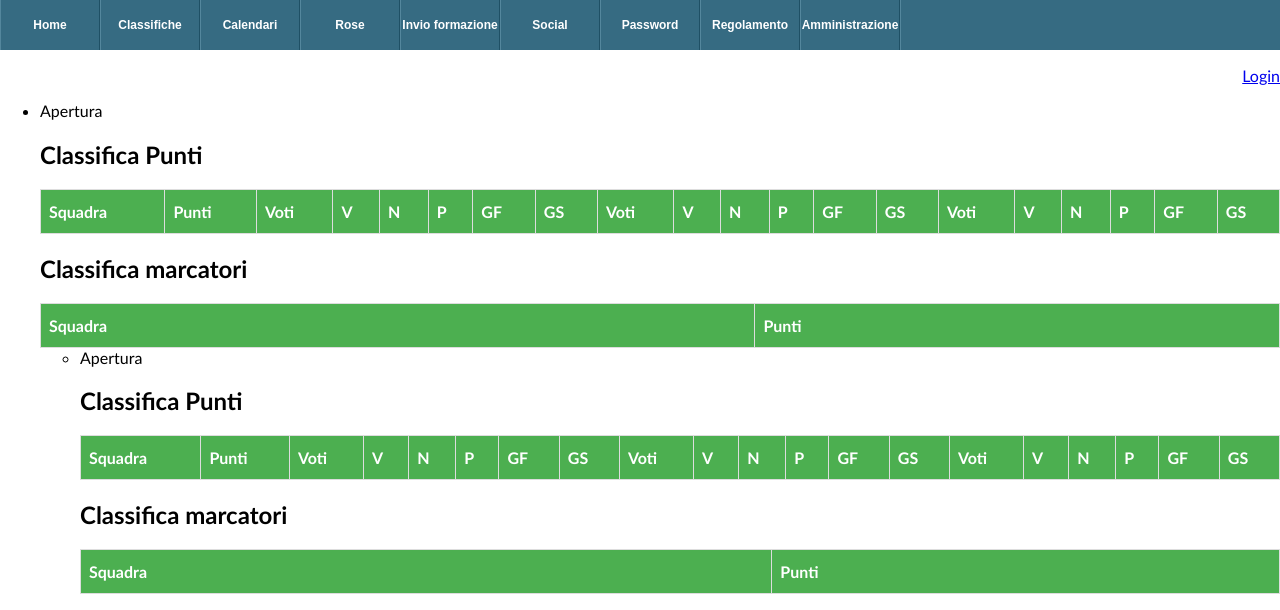
Repository: giuseppeaurilio/susyleague
Page: http://localhost/display_classifiche_peppe.php
An editor plug-in stored every save of this project. The page is shown before and after the next save, followed by the edit.
The browser window is 1280 px wide. The pictures show the part of the page from y = 223 to 833 px (the page is 833 px tall).
The page is run by PHP 8.4 with error messages shown; the project is at /var/www/html/. Style sheets and scripts are compiled from the project's sources, by tool versions that may differ from the author's. The database holds what the project's SQL file puts in it.

Above is the page before, as saved 2019-08-29 18:24:18.

After the next save:
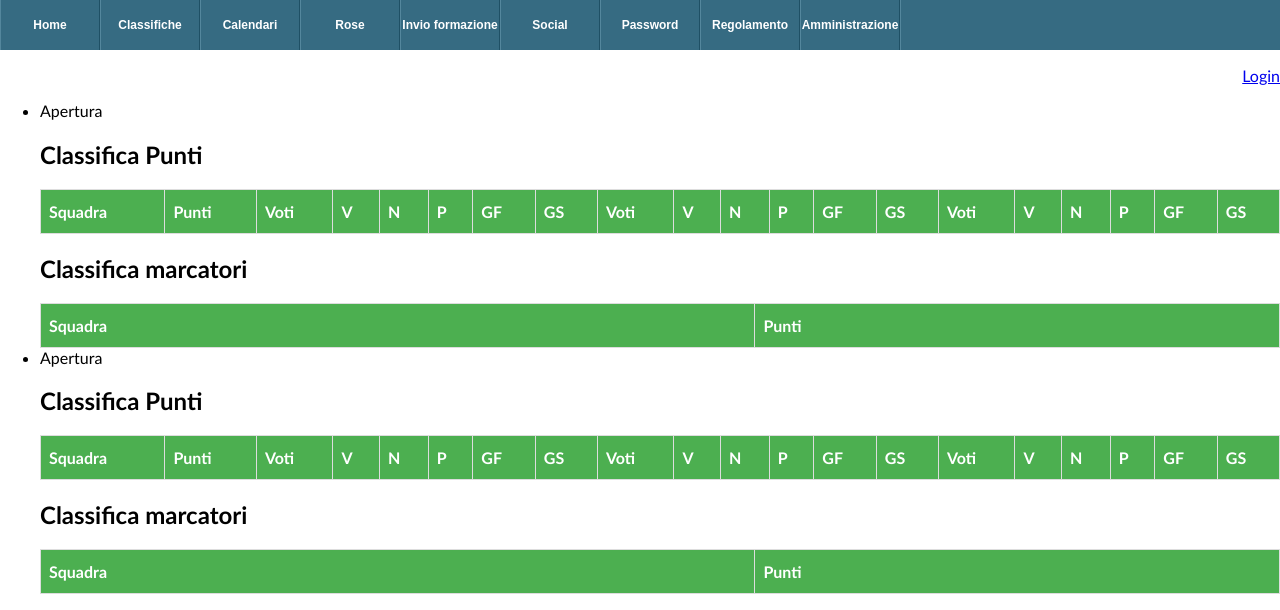
Saved 53 s later.
--- a/site/display_classifica_chiusura.php
+++ b/site/display_classifica_chiusura.php
@@ -47,7 +47,6 @@ $conn->close();
 
 // print("<pre>".print_r($arraysquadre,true)."</pre>").'<br>';
 ?>
-<ul>
 <li>Apertura </li>
 
 <h2>Classifica Punti</h2>
